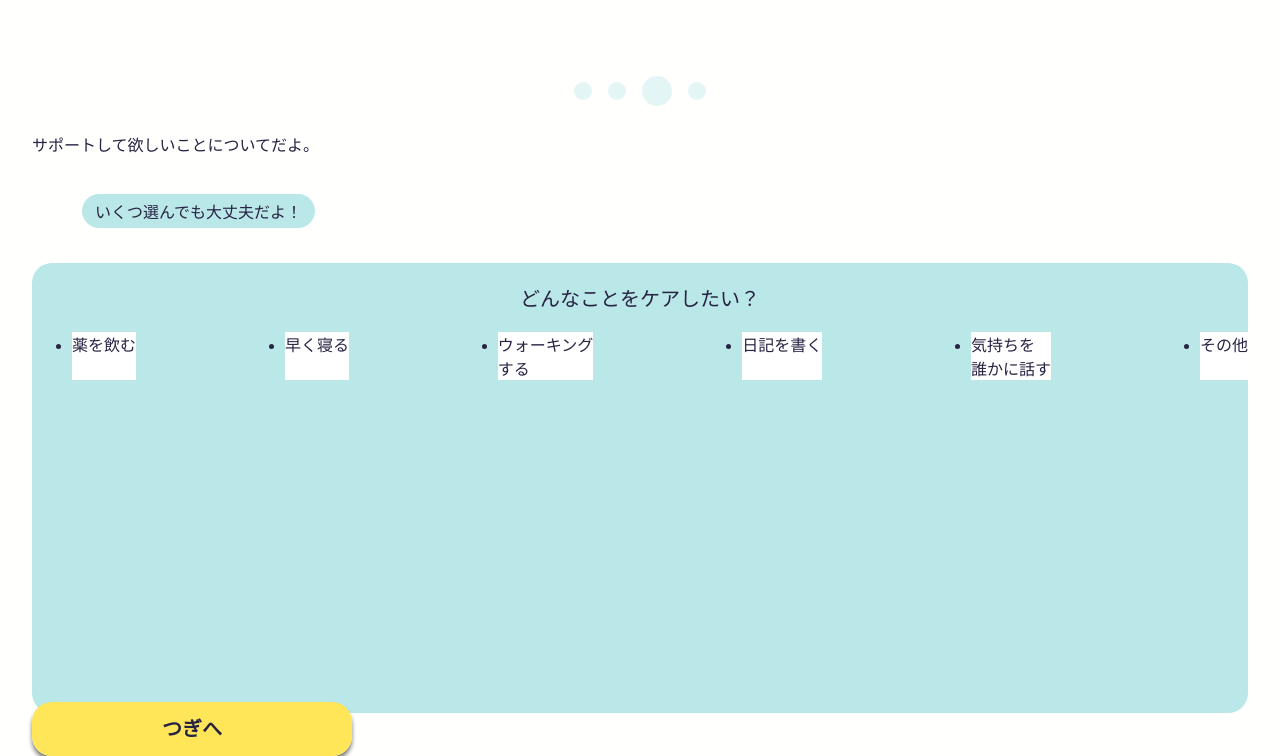
Repository: misaki0919/Self-care
Page: support.html
An editor plug-in stored every save of this project. The page is shown before and after the next save, followed by the edit.
The browser window is 1280 px wide. The pictures show the whole page.
Some web fonts or font styles are not loaded; a fallback is used.

Above is the page before, as saved 2026-07-16 15:56:46.

After the next save:
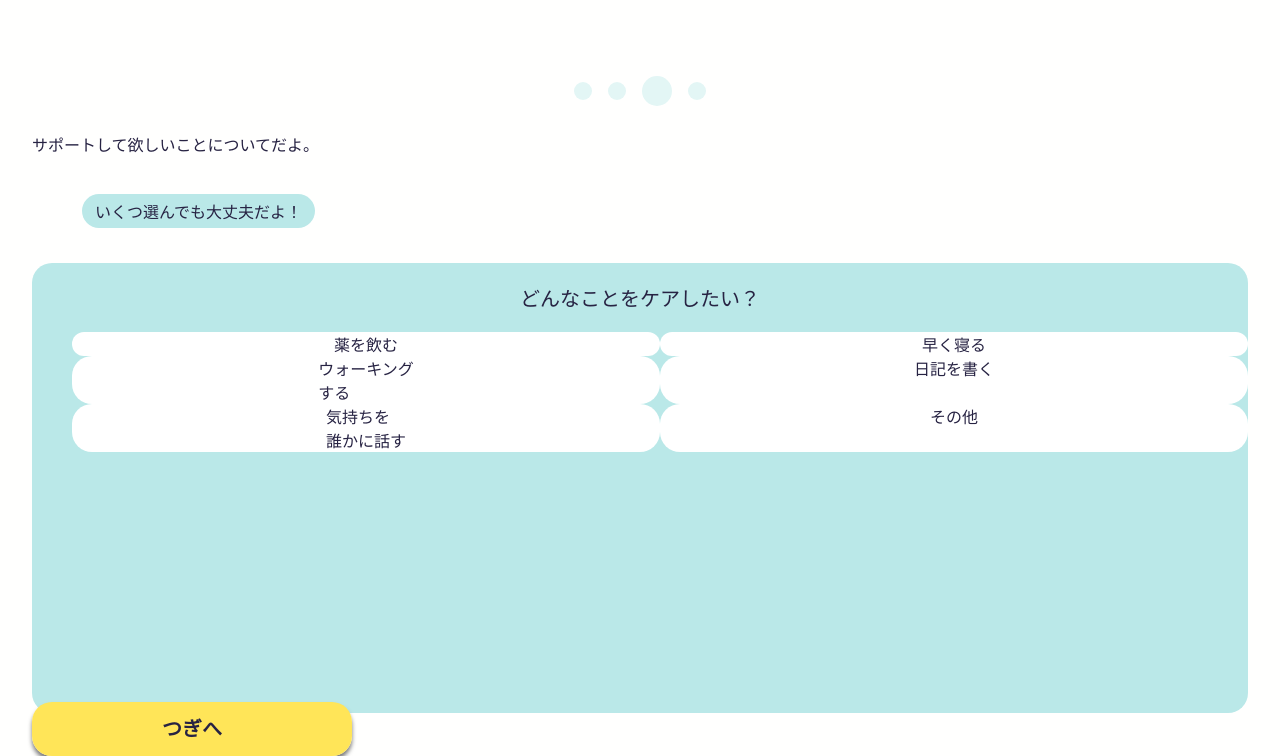
Saved 32 s later.
--- a/css/support.css
+++ b/css/support.css
@@ -63,6 +63,12 @@ body{
         flex-wrap: wrap;
         li{
             background-color: #FFFFFF;
+            display: flex;
+            justify-content: center;
+            border-radius: 20px;
+            margin: 0;
+            list-style: none;
+            width:50%;
         }
     }
 }

After the save that followed:
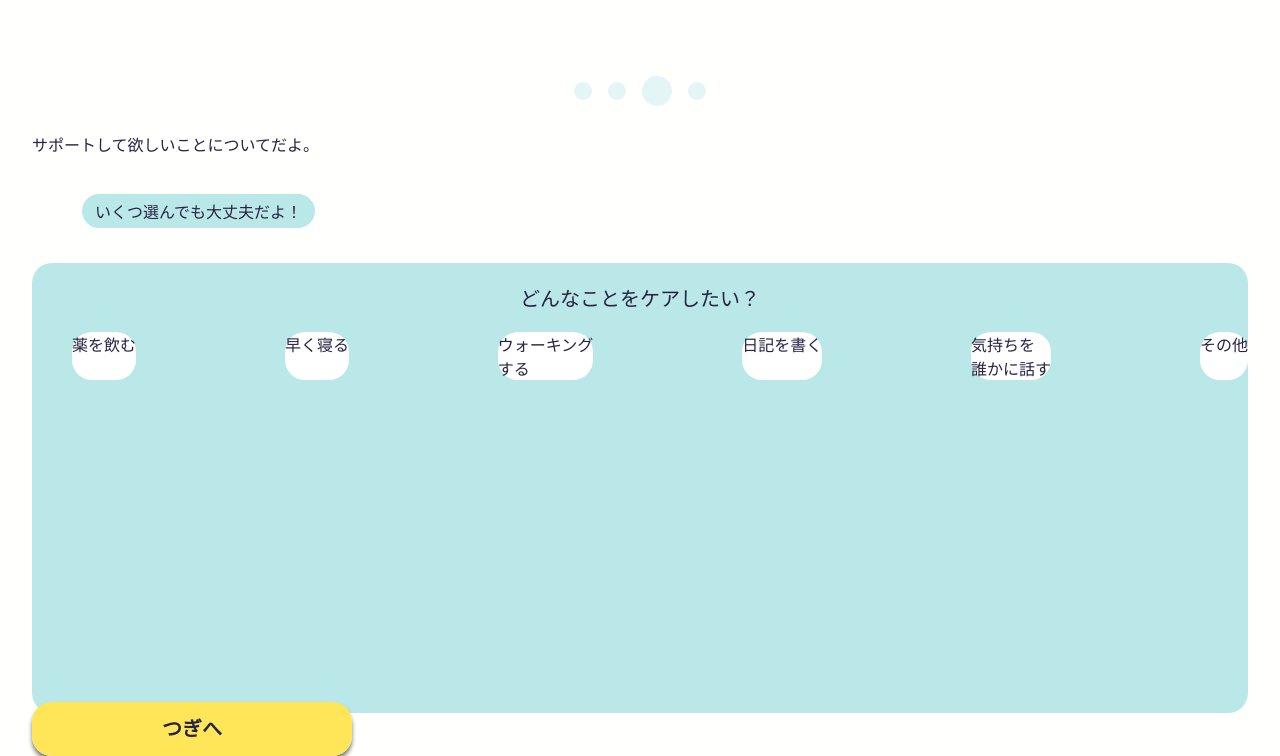
Saved 20 s later.
--- a/css/support.css
+++ b/css/support.css
@@ -68,7 +68,6 @@ body{
             border-radius: 20px;
             margin: 0;
             list-style: none;
-            width:50%;
         }
     }
 }
